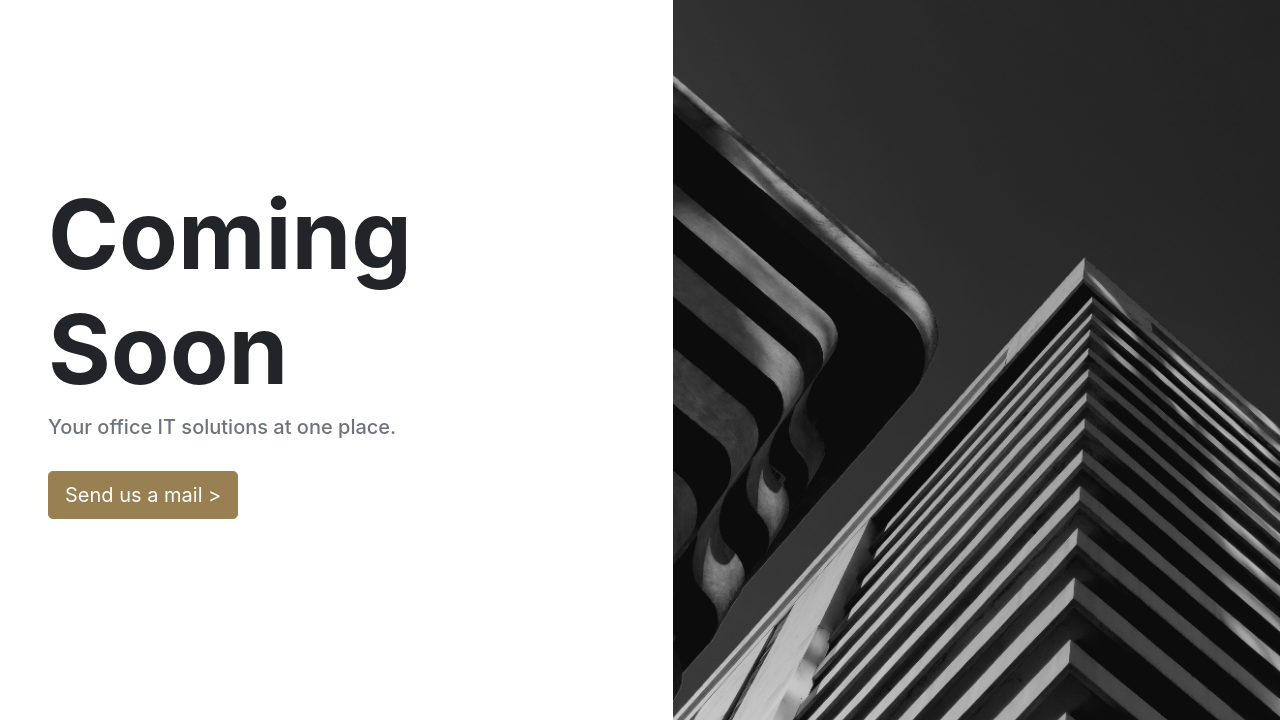
Repository: Thekxgh/website
Page: /
The author's editor kept a copy of each file at every save. The page is drawn from the files as they stood at one save, then again after the next save.
The browser window is 1280 px wide. The pictures show the whole page.
The project was rebuilt for these pictures with package versions that can differ from the ones it lists, and the page was loaded fresh each time.

Above is the page before, as saved 2021-07-14 10:06:17.

### src/index.scss
$primary: #998053;
$dark: #050507;
$light-primary-bg: #DDDEE7;
$light-primary: #DDDEE7;
$theme-colors: (
    "primary": $primary,
    "info": $light-primary,
    "danger": teal,
    "dark": $dark
);

@import '~bootstrap/scss/bootstrap.scss';

.side-img{
 background: linear-gradient(to right, rgba(0, 0, 0, 0.2), rgba(0, 0, 0, 0.2) ), url('./assets/img/background.jpg') no-repeat;
 background-size: cover;
 min-height: 100vh;
}

### src/App.tsx
import React from 'react';
import { LandingPage } from './presentation/LandingPage';

function App() {
  return (
    <LandingPage />
  );
}

export default App;

### src/presentation/LandingPage.tsx
import { Col, Container, Row } from "react-bootstrap"

export const LandingPage = () => {
    return (
    <Container fluid>
        <Row className="min-vh-100 align-items-center">
            <Col className="p-5">
                <h1 className="display-1 font-weight-bold">Coming Soon</h1>
                <h5 className="text-muted">Your office IT solutions at one place.</h5>
                <a className="btn btn-primary btn-lg my-4" href="mailto:contact@thekxgh.com"> Send us a mail {'>'} </a>
            </Col>
            <Col className="side-img min-vh-100">

            </Col>
        </Row>
    </Container>
    );
}

Loaded but not shown: public/index.html (common file); src/index.tsx (common file)

After the next save:
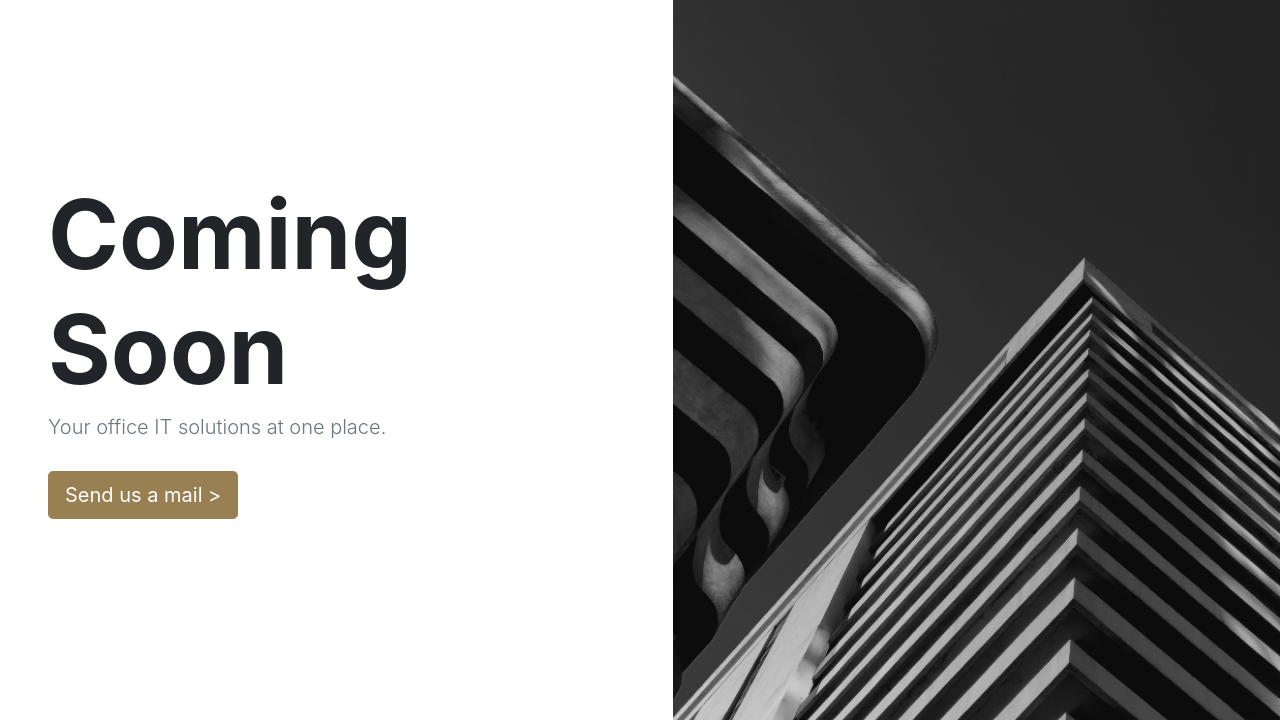
Saved 31 s later.
--- a/src/presentation/LandingPage.tsx
+++ b/src/presentation/LandingPage.tsx
@@ -6,7 +6,7 @@ export const LandingPage = () => {
         <Row className="min-vh-100 align-items-center">
             <Col className="p-5">
                 <h1 className="display-1 font-weight-bold">Coming Soon</h1>
-                <h5 className="text-muted">Your office IT solutions at one place.</h5>
+                <h5 className="text-muted font-weight-light">Your office IT solutions at one place.</h5>
                 <a className="btn btn-primary btn-lg my-4" href="mailto:contact@thekxgh.com"> Send us a mail {'>'} </a>
             </Col>
             <Col className="side-img min-vh-100">
